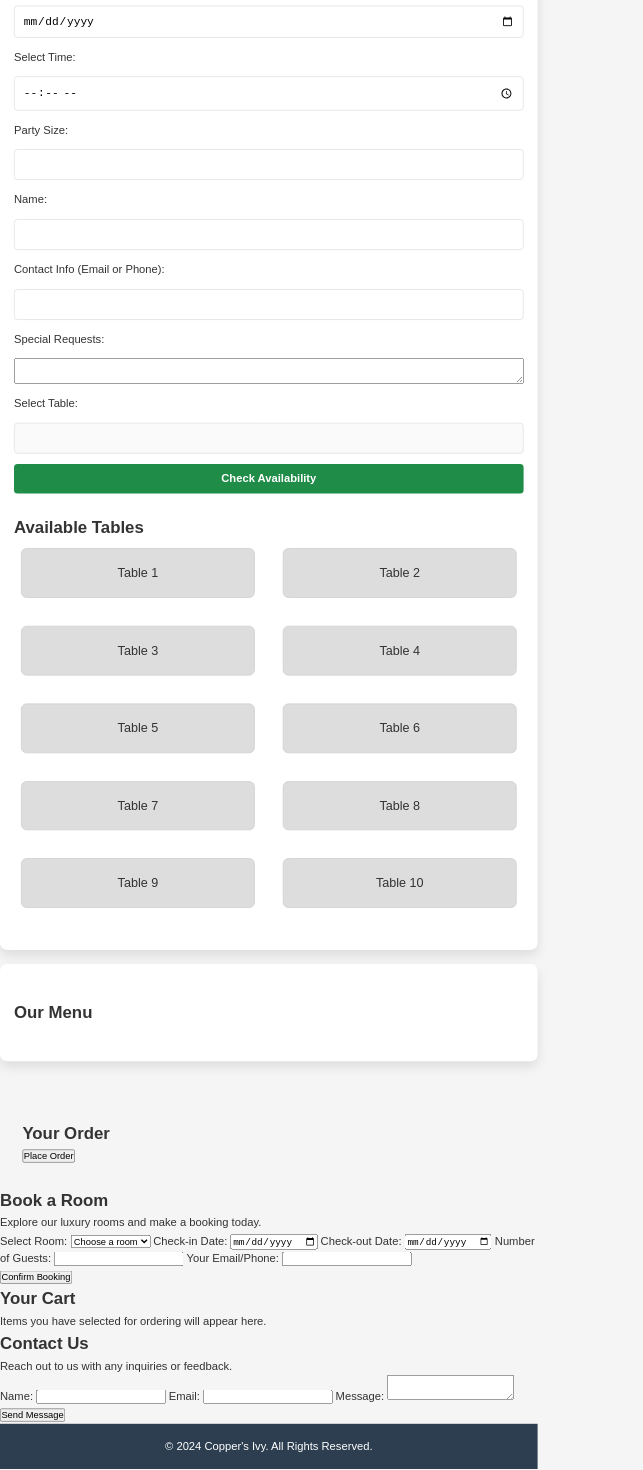
Repository: malingubarnice/Online-Reservation-System
Page: index.html
These files come from the project's save history. The page is drawn as it stood at one moment and after the next save; the edit follows.
The browser window is 768 px wide. The page is 919 px wide, so the pictures cover 919 px, including what lies to the right of the window. The pictures show the part of the page from y = 1430 to 3670 px (the page is 3530 px tall before and 3670 px after), at 70% of full size.

Above is the page before, as saved 2025-01-06 13:50:06.

After the next save:
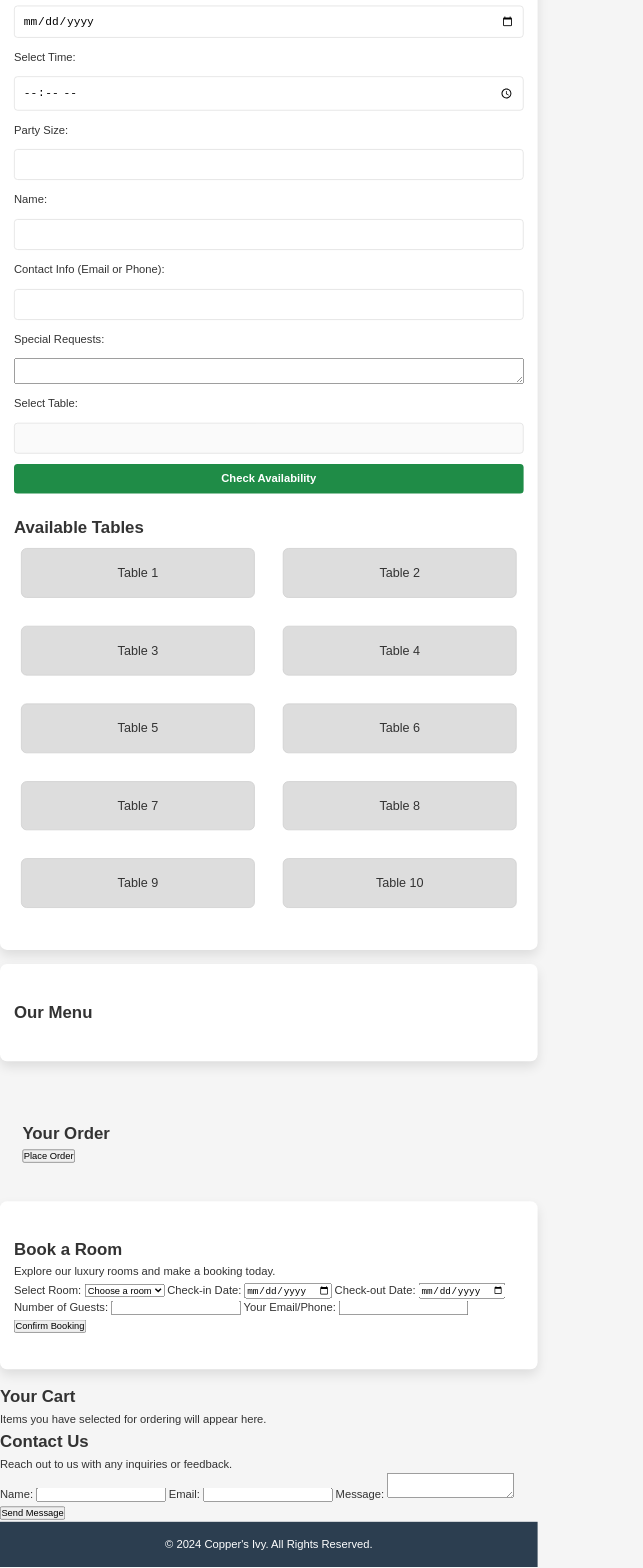
Saved 7 s later.
--- a/styles.css
+++ b/styles.css
@@ -329,3 +329,92 @@ footer {
     font-weight: bold;
     margin-top: 1rem;
 }
+
+
+/* Booking Rooms Section */
+#rooms {
+    padding: 50px 20px;
+    background: #fff;
+    margin: 20px auto;
+    max-width: 900px;
+    box-shadow: 0 8px 16px rgba(0, 0, 0, 0.1);
+    border-radius: 10px;
+}
+
+/* Room Listings */
+.room-listings {
+    display: grid;
+    grid-template-columns: repeat(auto-fill, minmax(250px, 1fr));
+    gap: 20px;
+    margin-bottom: 30px;
+}
+
+/* Individual Room Card */
+.room-card {
+    background: #f4f4f4;
+    padding: 20px;
+    border-radius: 8px;
+    box-shadow: 0 4px 8px rgba(0, 0, 0, 0.1);
+    text-align: center;
+    transition: transform 0.3s, box-shadow 0.3s;
+}
+
+/* Hover Effect for Room Cards */
+.room-card:hover {
+    transform: scale(1.05);
+    box-shadow: 0 8px 16px rgba(0, 0, 0, 0.2);
+}
+
+/* Room Card Image */
+.room-card img {
+    max-width: 100%;
+    height: 200px;
+    object-fit: cover;
+    border-radius: 5px;
+}
+
+/* Room Card Title */
+.room-card h3 {
+    font-size: 1.5rem;
+    color: #333;
+    margin: 15px 0;
+}
+
+/* Room Card Description */
+.room-card p {
+    font-size: 1.1rem;
+    color: #777;
+    margin-bottom: 20px;
+}
+
+/* Room Card Price */
+.room-card .price {
+    font-size: 1.2rem;
+    font-weight: bold;
+    color: #009688;
+    margin-top: 10px;
+}
+
+/* Room Card Button */
+.room-card button {
+    background-color: #1f8c47;
+    color: white;
+    padding: 12px 20px;
+    font-size: 1.1rem;
+    border: none;
+    border-radius: 5px;
+    cursor: pointer;
+    transition: background-color 0.3s;
+}
+
+.room-card button:hover {
+    background-color: #07e262;
+}
+
+/* Responsive Design */
+@media (max-width: 768px) {
+    .room-card {
+        width: 100%;
+        margin-bottom: 20px;
+    }
+}
